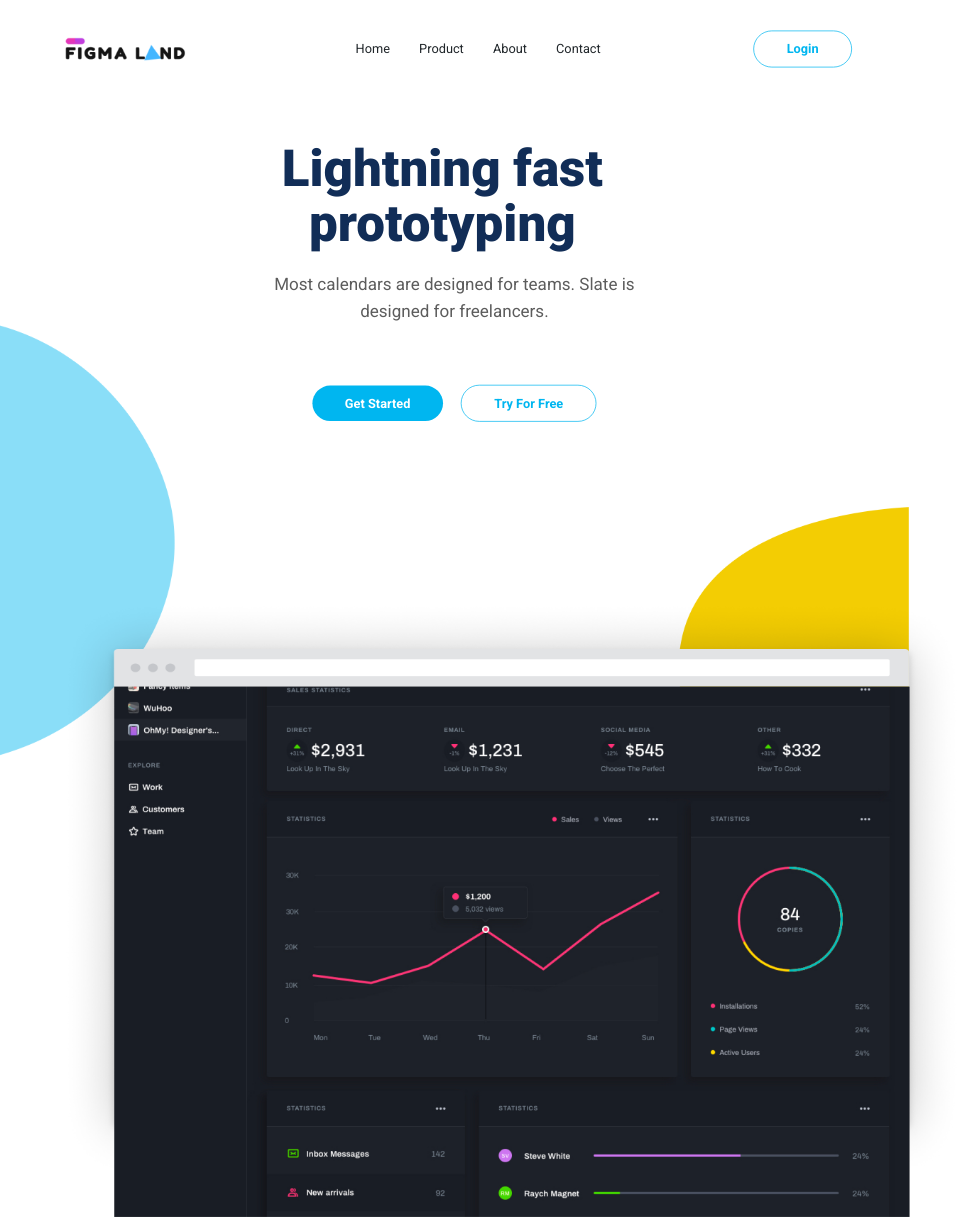
Repository: tungcutte35/Figma-Land
Page: sass/index.html
An editor plug-in stored every save of this project. The page is shown before and after the next save, followed by the edit.
The browser window is 1280 px wide. The page is 1360 px wide, so the pictures cover 1360 px, including what lies to the right of the window. The pictures show the whole page, at 71% of full size.
The style sheet was rebuilt from its Sass, Less or Tailwind sources for each picture, by a compiler version that may differ from the author's.

Above is the page before, as saved 2021-10-23 16:43:14.

After the next save:
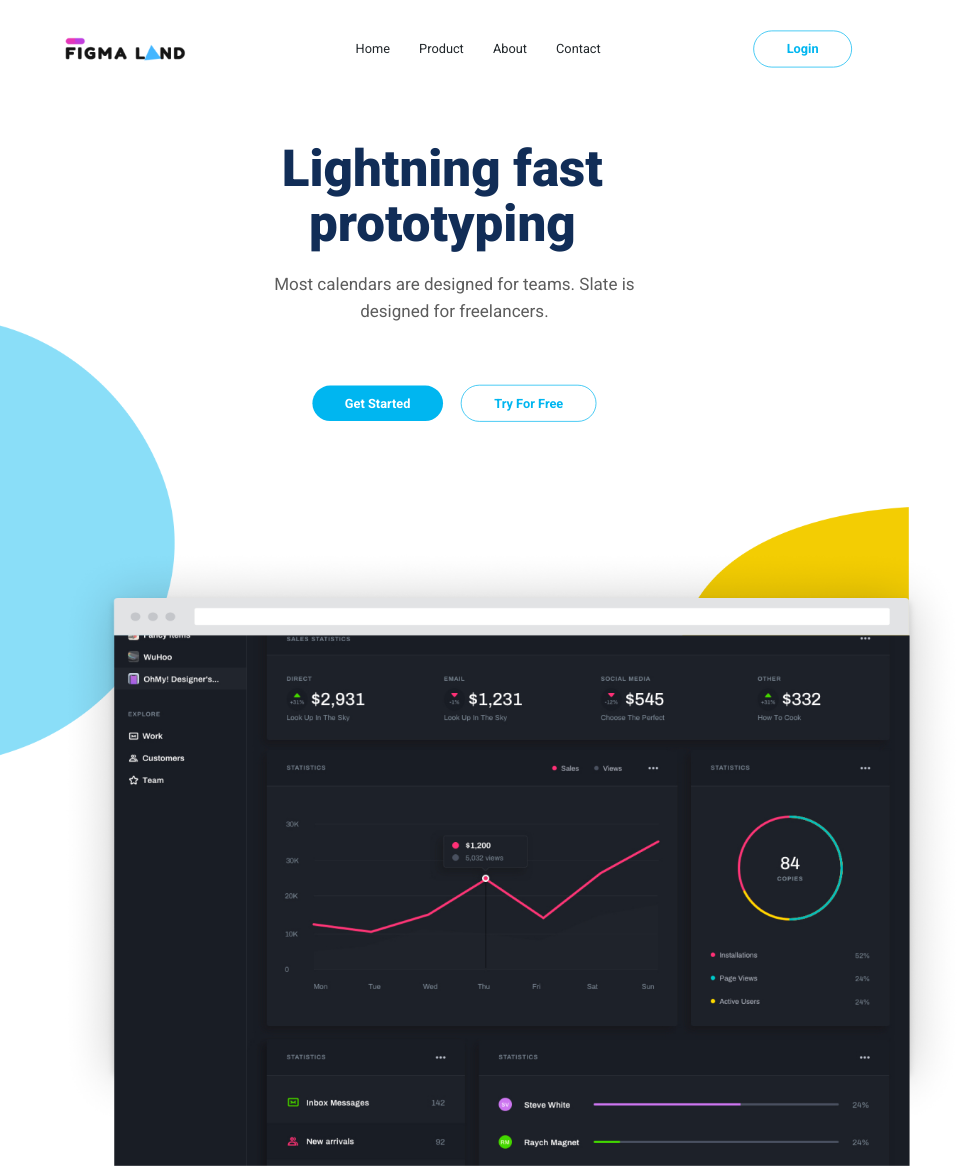
Saved 38 s later.
--- a/sass/_lightning.scss
+++ b/sass/_lightning.scss
@@ -42,7 +42,7 @@
     position: absolute;
     left: auto;
     right: auto;
-    bottom: -138%;
+    bottom: -128%;
     z-index: 1;
   }
 }
